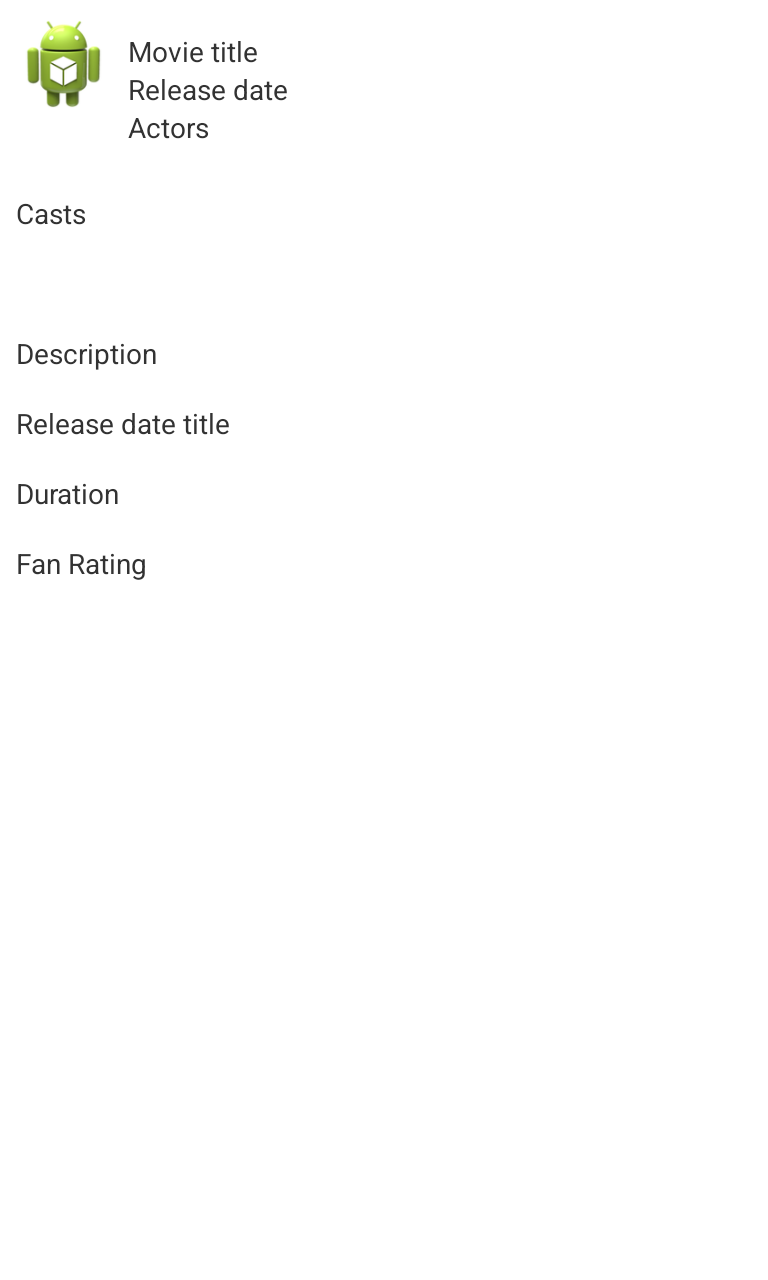
Repository: movieexample12/movieexample
Layout: Movies5/res/layout/details.xml
The author's editor kept a copy of each file at every save. The layout is drawn from the files as they stood at one save, then again after the next save.
It is drawn on a 768 x 1280 px phone screen (xhdpi) without system bars, with theme AppTheme; the app's code is not run.

Above is the layout before, as saved 2013-01-09 14:51:31.

### Movies5/res/layout/details.xml
<?xml version="1.0" encoding="utf-8"?>
<LinearLayout android:id="@+id/activity_details"
    xmlns:android="http://schemas.android.com/apk/res/android"
    android:orientation="vertical"
    android:layout_height="match_parent"
    android:layout_width="match_parent">

    <LinearLayout android:layout_width="match_parent"
	    android:layout_height="wrap_content"
	    android:orientation="horizontal"
	    android:padding="8dp" >
	    <ImageView
	        android:id="@+id/poster"
		    android:layout_width="wrap_content"
		    android:layout_height="wrap_content"
		    android:src="@drawable/ic_launcher"
		    android:contentDescription="@drawable/ic_launcher" />
	    <LinearLayout android:layout_width="match_parent"
		    android:layout_height="wrap_content"
		    android:orientation="vertical"
		    android:padding="8dp" >
		    <TextView
		        android:id="@+id/title"
		        android:layout_width="match_parent"
		        android:layout_height="match_parent"
		        android:gravity="center_vertical"
		        android:text="@string/title"/>
		    <TextView
		        android:id="@+id/release"
		        android:layout_width="match_parent"
		        android:layout_height="match_parent"
		        android:gravity="center_vertical"
		        android:text="@string/release_date"/>
		    <TextView
		        android:id="@+id/actors"
		        android:layout_width="match_parent"
		        android:layout_height="match_parent"
		        android:gravity="center_vertical"
		        android:text="@string/actors"/>
	    </LinearLayout>
    </LinearLayout>
    <TextView
        android:padding="8dp"
        android:id="@+id/casts_title"
        android:layout_width="match_parent"
        android:layout_height="wrap_content"
        android:gravity="center_vertical"
	    android:text="@string/casts_title"/>
    <TextView
        android:padding="8dp"
        android:id="@+id/casts"
        android:layout_width="match_parent"
        android:layout_height="wrap_content"
        android:gravity="center_vertical"/>
    <TextView
        android:padding="8dp"
        android:id="@+id/description"
        android:layout_width="match_parent"
        android:layout_height="wrap_content"
        android:gravity="center_vertical"
	    android:text="@string/description"/>

    <LinearLayout android:layout_width="match_parent"
	    android:layout_height="wrap_content"
	    android:orientation="horizontal"
	    android:padding="8dp" >
		<TextView
	        android:layout_width="match_parent"
	        android:layout_height="wrap_content"
	        android:gravity="center_vertical"
		    android:text="@string/release_date_title"/>
	    <TextView
	        android:id="@+id/release_date"
	        android:layout_width="match_parent"
	        android:layout_height="wrap_content"
	        android:gravity="center_vertical"/>
	</LinearLayout>
	<LinearLayout android:layout_width="match_parent"
	    android:layout_height="wrap_content"
	    android:orientation="horizontal"
	    android:padding="8dp" >
		<TextView
	        android:layout_width="match_parent"
	        android:layout_height="wrap_content"
	        android:gravity="center_vertical"
		    android:text="@string/duration"/>
	    <TextView
	        android:id="@+id/runtime"
	        android:layout_width="match_parent"
	        android:layout_height="wrap_content"
	        android:gravity="center_vertical"/>
	</LinearLayout>

	<LinearLayout android:layout_width="match_parent"
	    android:layout_height="wrap_content"
	    android:orientation="horizontal"
	    android:padding="8dp" >
		<TextView
	        android:layout_width="match_parent"
	        android:layout_height="wrap_content"
	        android:gravity="center_vertical"
		    android:text="@string/rating"/>
	    <TextView
	        android:id="@+id/rating"
	        android:layout_width="match_parent"
	        android:layout_height="wrap_content"
	        android:gravity="center_vertical"/>
	</LinearLayout>
</LinearLayout>

### Movies5/res/values/strings.xml
<?xml version="1.0" encoding="utf-8"?>
<resources>

    <string name="title">Movie title</string>
    <string name="duration">Duration</string>
    <string name="app_name">movies</string>
    <string name="error_loading_items">An error happened while loading data</string>
    <string name="loading">Loading&#8230;</string>
    <string name="release_date">Release date</string>
    <string name="actors">Actors</string>
	<string name="description">Description</string>
    <string name="search_hint">Search&#8230;</string>
    <string name="app_label">Movies</string>
    <string name="search_title">Search</string>
    <string name="storage_is_external">External storage</string>
    <string name="preferences_title">Settings</string>
    <string name="rblanguage_en">EN</string>
    <string name="rblanguage_ua">UA</string>
    <string name="limitOfMovies">Limit of movies</string>
    <string name="limit_button">Set Limit</string>
    <string name="ok">OK</string>
    <string name="title_dialog">Limit should be &lt;5 and &gt;20! Now it will be set to 10. </string>
    <string name="external_device_does_not_work">External device does not work. </string>
    <string name="trailer_label">Trailer</string>
    <string name="no_trailer_label">There are no trailer for this movie.</string>
    <string name="cinema_details">Details of cinema</string>
    <string name="tickets">Tickets</string>
    <string name="display_options_menu_item">Options</string>
    <string name="display_options_custom_button">Options Custom</string>
    <string name="pref_languge">Language</string>
    <string name="pref_language_default">EN</string>
    <string name="settings">Settings</string>
    <string name="getting_movie_">Getting movie  </string>
    <string name="casts_title">Casts</string>
    <string name="release_date_title">Release date title</string>
    <string name="rating">Fan Rating</string>
    <string name="theaters">Theaters</string>

</resources>

Loaded but not shown: Movies5/res/values/styles.xml (common file); Movies5/res/values-v11/styles.xml (common file); Movies5/res/values-v14/styles.xml (common file)

After the next save:
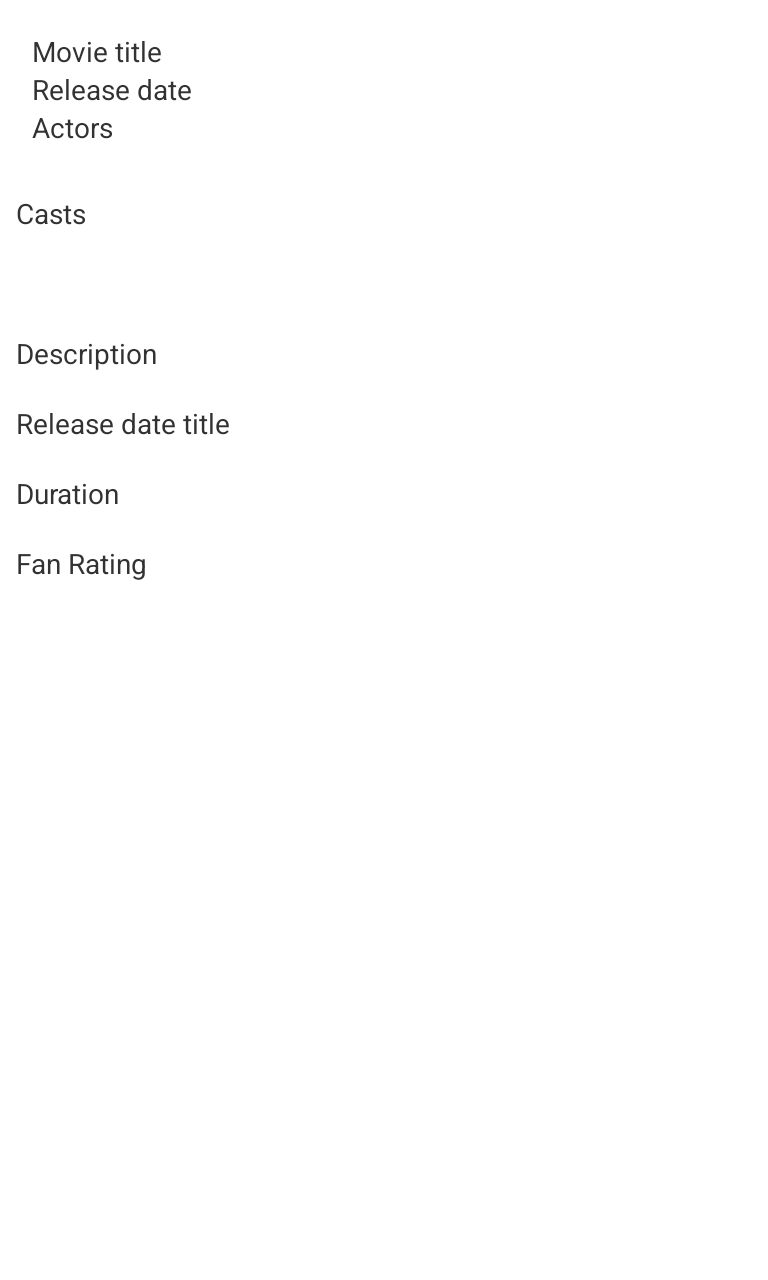
Saved 113 s later.
--- a/Movies5/res/layout/details.xml
+++ b/Movies5/res/layout/details.xml
@@ -13,7 +13,6 @@
 	        android:id="@+id/poster"
 		    android:layout_width="wrap_content"
 		    android:layout_height="wrap_content"
-		    android:src="@drawable/ic_launcher"
 		    android:contentDescription="@drawable/ic_launcher" />
 	    <LinearLayout android:layout_width="match_parent"
 		    android:layout_height="wrap_content"

After the save that followed:
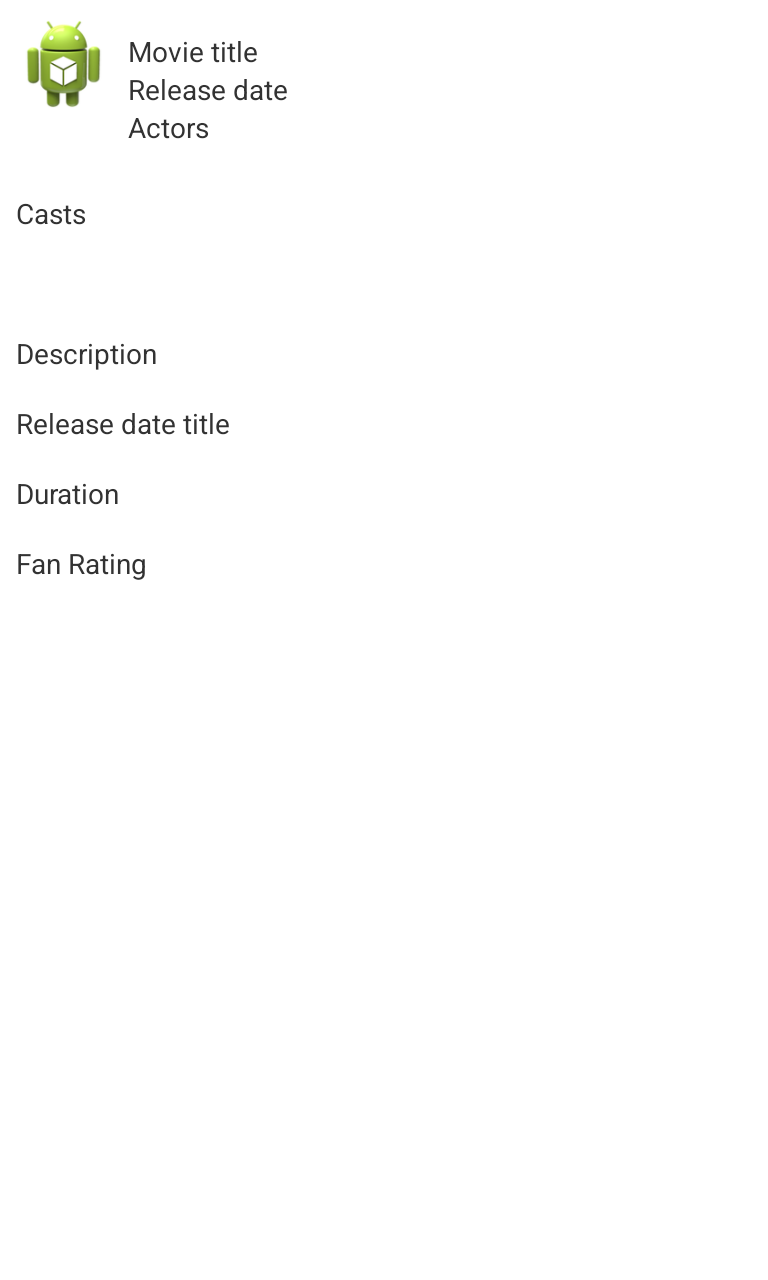
Saved 4 s later.
--- a/Movies5/res/layout/details.xml
+++ b/Movies5/res/layout/details.xml
@@ -13,6 +13,7 @@
 	        android:id="@+id/poster"
 		    android:layout_width="wrap_content"
 		    android:layout_height="wrap_content"
+		    android:src="@drawable/ic_launcher"
 		    android:contentDescription="@drawable/ic_launcher" />
 	    <LinearLayout android:layout_width="match_parent"
 		    android:layout_height="wrap_content"
